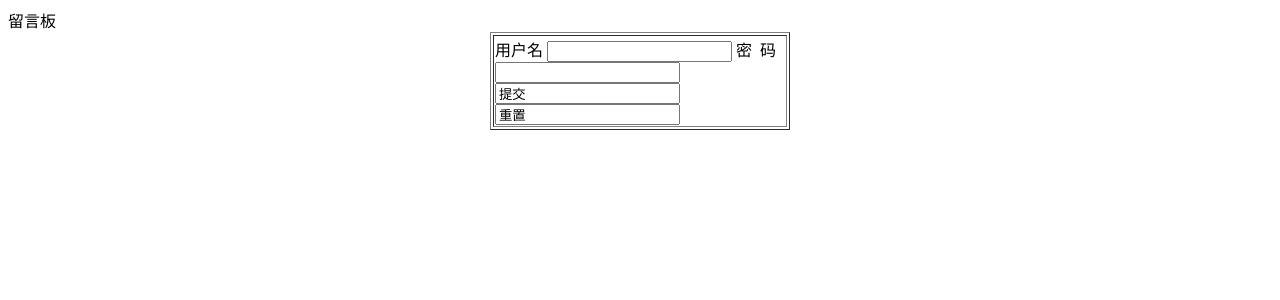
Repository: wikelgc/JSP
Page: http://localhost/chapter_four/messageBoard.jsp
An editor plug-in stored every save of this project. The page is shown before and after the next save, followed by the edit.
The browser window is 1280 px wide. The pictures show the whole page.
The page is served by Tomcat 9.

Above is the page before, as saved 2015-05-28 13:20:37.

After the next save:
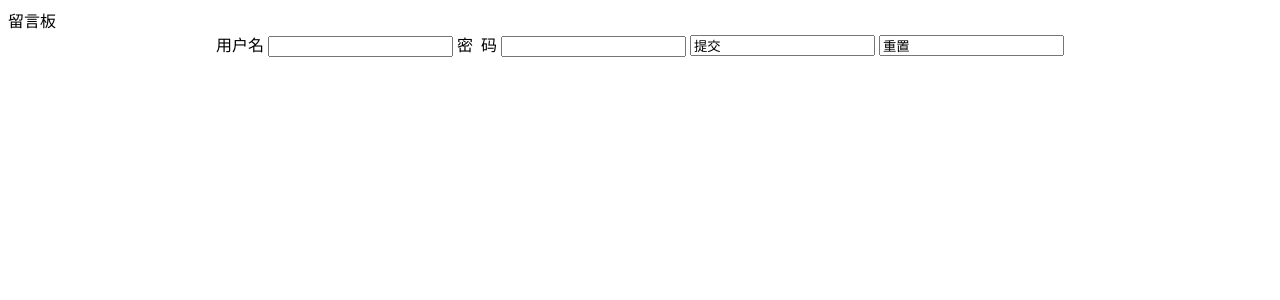
Saved 35 s later.
--- a/chapter_four/WebRoot/messageBoard.jsp
+++ b/chapter_four/WebRoot/messageBoard.jsp
@@ -9,7 +9,7 @@
   <body>
      <center>
      	<form>
-     		<table  border = "1" width = "300">
+
      			<tr height = "30">
      				<td>
      					<form id = "form1" name = "form1"  method = "post" action = "login_deal.jsp">
@@ -22,7 +22,7 @@
      					</form>
      				</td>
      			</tr>
-     		</table>
+
      	</form>
      </center>
   </body>
